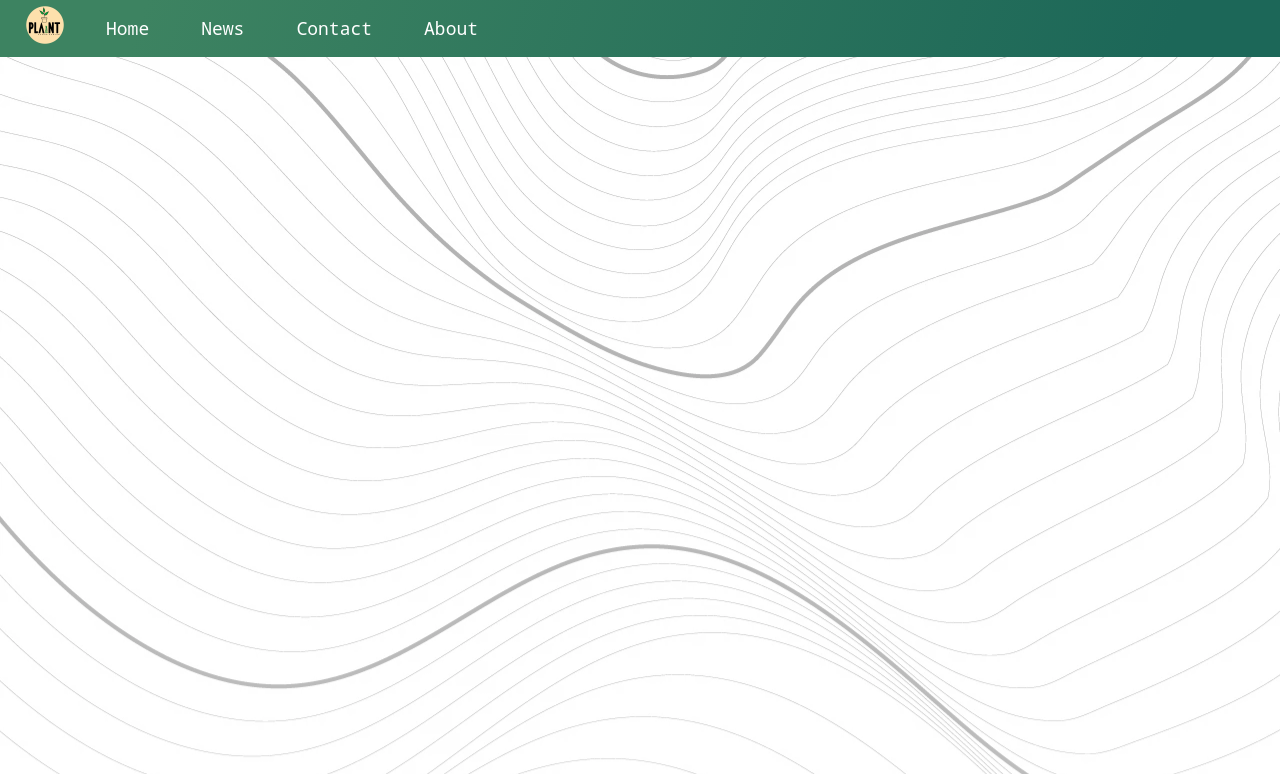
Repository: Flexo874/ISITECH-HTML-CSS
Page: about.html
These files come from the project's save history. The page is drawn as it stood at one moment and after the next save; the edit follows.
The browser window is 1280 px wide. The pictures show the whole page.

Above is the page before, as saved 2024-01-04 16:13:07.

### about.html
<!DOCTYPE html>
<html lang="en">
    <head>

        <link rel="icon" href="/images/logo_render_v2.png">
        <title>Plantes & Co</title>
        <link rel="stylesheet" href="about.css">
    </head>
    <body>
        <ul>
            <li>  <img src="images/logo_render_v2.png" alt="Logo"></li>
            <li><a href="#home">Home</a></li>
            <li><a href="#news">News</a></li>
            <li><a href="/contact/contact.html">Contact</a></li>
            <li><a href="#about">About</a></li>
        </ul>

        <div class="plant-img">
            <div>
            </div>
        </div>



    </body>
</html>

### about.css
* {
    margin: 0;
    padding: 0;
    scroll-behavior: smooth;
  }
  ul {
    list-style-type: none;
    margin: 0;
    padding: 0;
    overflow: hidden;
    background-image: linear-gradient(
      109.6deg,
      rgba(61, 131, 97, 1) 11.2%,
      rgba(28, 103, 88, 1) 91.1%
    );
    display: flex;
    list-style: none;
    box-sizing: border-box;
    justify-content: left;
  }

  li img {
    width: 50px;
    height: auto;
    vertical-align: middle;
  }

  li {
    position: relative;
    margin-left: 20px;
  }

  li a {
    display: block;
    color: white;
    text-align: center;
    padding: 18px 16px;
    text-decoration: none;
    font-size: 18px;
    transition: 0.4s ease-in-out;
    position: center;
    font-family: "Noto Mono", monospace;
  }

  li a:hover {
    background-color: #00564B;
    border-radius: 5px;
    transform: scale(1.2);
  }


  .plant-img  {
    width: 100%;
    height: 56vw;
    object-fit: cover;
    overflow: hidden;
    background-image:url(images/lines.webp);


  }

After the next save:
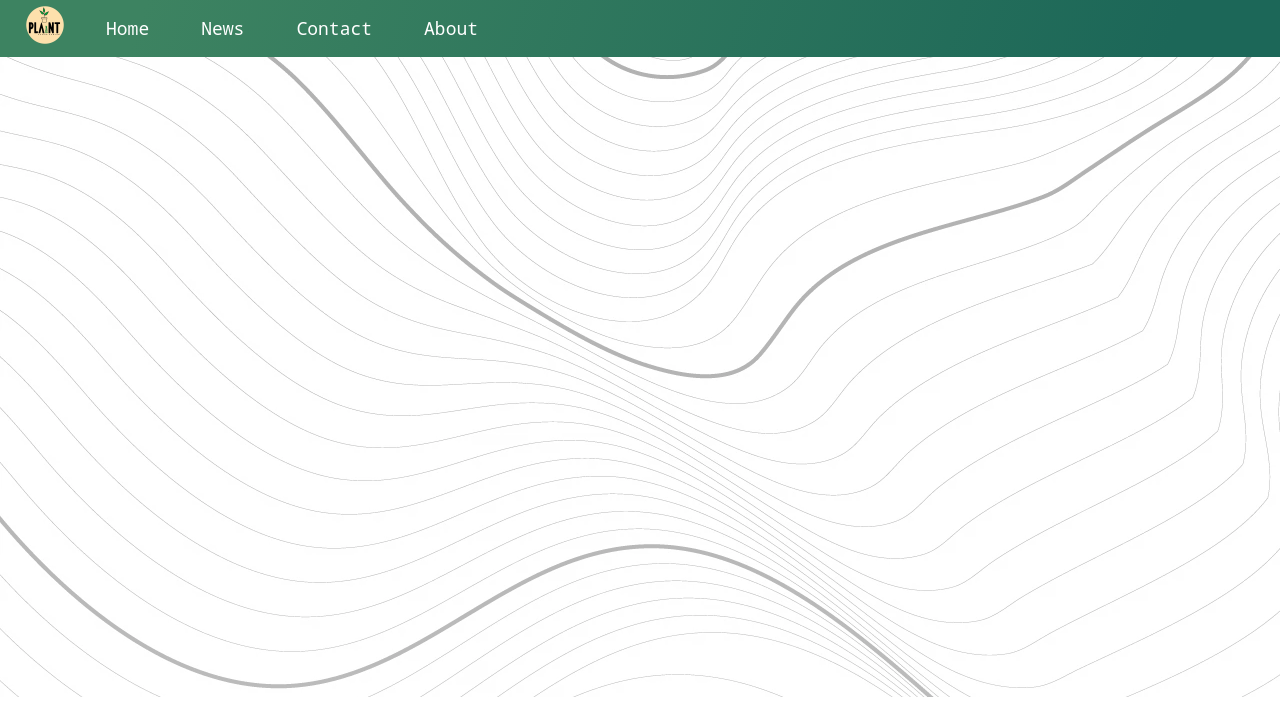
Saved 73 s later.
--- a/about.css
+++ b/about.css
@@ -51,7 +51,7 @@
 
   .plant-img  {
     width: 100%;
-    height: 56vw;
+    height: 50vw;
     object-fit: cover;
     overflow: hidden;
     background-image:url(images/lines.webp);
